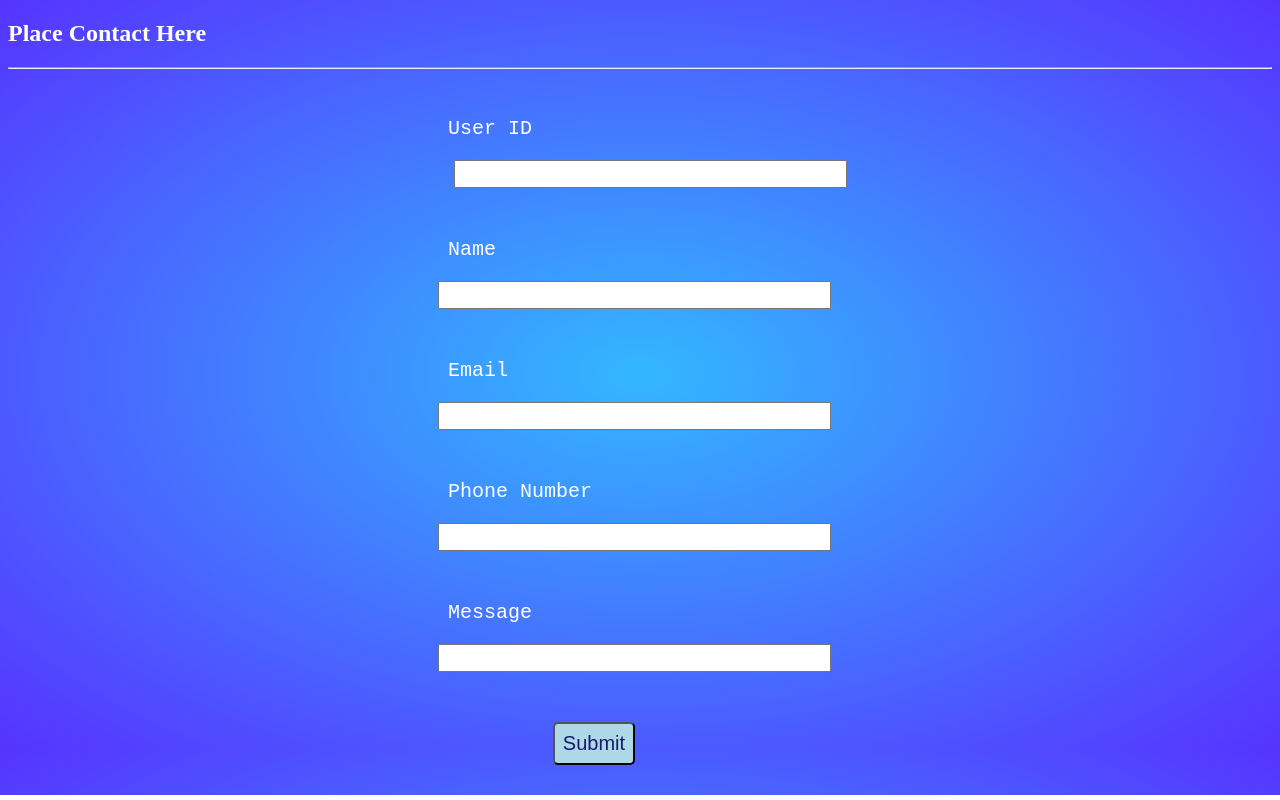
Repository: ShreyasG27/Amdocs-Training
Page: http://localhost/elearning-frontend/contact.jsp
The author's editor kept a copy of each file at every save. The page is drawn from the files as they stood at one save, then again after a run of saves.
The browser window is 1280 px wide. The pictures show the whole page.
The page is served by Tomcat 9. Nobody is signed in. The application's start-up code is not run. Other server files are loaded and not shown.

Above is the page before, as saved 2021-08-22 15:55:19.

### elearning-frontend/WebContent/contact.jsp
<%@ page language="java" contentType="text/html; charset=ISO-8859-1"
    pageEncoding="ISO-8859-1"%>
<!DOCTYPE html PUBLIC "-//W3C//DTD HTML 4.01 Transitional//EN" "http://www.w3.org/TR/html4/loose.dtd">
<html>
<head>
<meta http-equiv="Content-Type" content="text/html; charset=ISO-8859-1">
<title>Contact Page</title>
<style>
body{
	background-image: radial-gradient(#33B7FF,#5633ff);
	color: white;
	height: 100vh;
}
.heading{
font-size:40px;
margin-top: 50px;
}
.submitbutton{
	margin-left:420px;
	padding:8px;
	font-size:20px;
	color: midnightblue;
	background-color:lightblue;
	border-radius:5px;
	margin-top: 20px;
}
.submitbutton:hover{
	margin-left:420px;
	padding:8px;
	font-size:20px;
	color: midnightblue;
	background-color:cyan;
	border-radius:5px;
	margin-top: 20px;
}
.inputfld{
	margin-left: 430px;
	padding: 5px;
	broder-radius:10px;
	font-size:12px;
	width:30%;
}
.inputfld1{
	margin-left: 438px;
	padding: 5px;
	broder-radius:10px;
	font-size:12px;
	width:30%;
}
.inputfld2{
	margin-left: 438px;
	padding: 5px;
	broder-radius:10px;
	font-size:12px;
	width:30%;
}
.txtfld{
	font-size:20px;
	margin-left:440px;
}
ul {
  list-style-type: none;
  margin: 0;
  padding: 0;
  overflow: hidden;
  background-color: #333;
}

li {
  float: left;
}

li a {
  display: block;
  color: white;
  text-align: center;
  padding: 14px 16px;
  text-decoration: none;
}

li a:hover:not(.active) {
  background-color: #111;
}

.active {
  background-color: #04AA6D;
}
</style>
</head>
<body>
<h2>Place Contact Here</h2>
<hr>
<form action="contact" method="POST">
    <pre>
    <p class="txtfld">User ID</p> <input class="inputfld1" type="number" name="userid"><br>
    <p class="txtfld">Name</p><input class="inputfld" type="text" name="name"><br>
    <p class="txtfld">Email</p><input class="inputfld" type="email" name="email"><br>
    <p class="txtfld">Phone Number</p><input class="inputfld" type="number" name="phone"><br>
    <p class="txtfld">Message</p><input class="inputfld" type="text" name="message"><br>

                <input class="submitbutton" type="submit" value="Submit"><br>
    </pre>
</form>
</body>
</html>

After the next 2 saves:
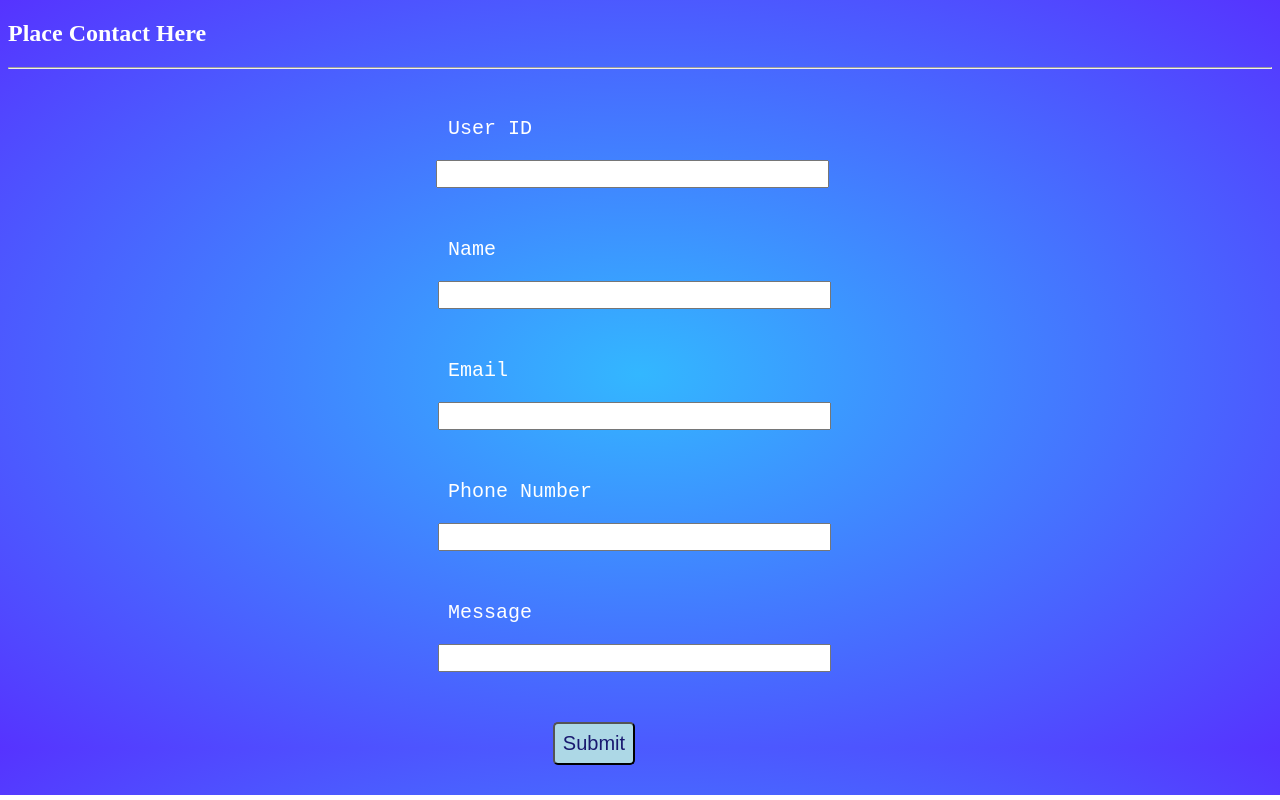
The 2 saves are shown as one change because they came seconds apart.
The last was saved 27 s later.
--- a/elearning-frontend/WebContent/contact.jsp
+++ b/elearning-frontend/WebContent/contact.jsp
@@ -41,7 +41,7 @@ margin-top: 50px;
 	width:30%;
 }
 .inputfld1{
-	margin-left: 438px;
+	margin-left: 420px;
 	padding: 5px;
 	broder-radius:10px;
 	font-size:12px;

After the save that followed:
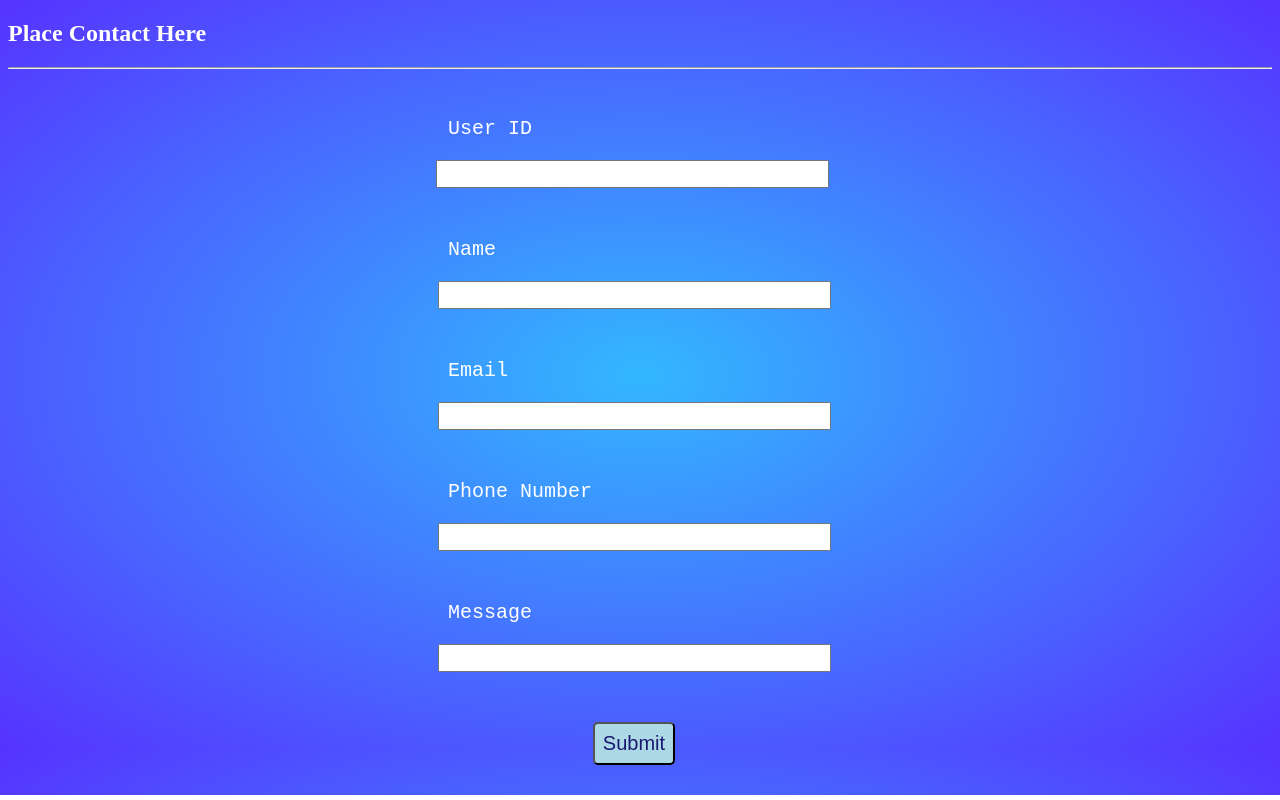
Saved 42 s later.
--- a/elearning-frontend/WebContent/contact.jsp
+++ b/elearning-frontend/WebContent/contact.jsp
@@ -16,7 +16,7 @@ font-size:40px;
 margin-top: 50px;
 }
 .submitbutton{
-	margin-left:420px;
+	margin-left:460px;
 	padding:8px;
 	font-size:20px;
 	color: midnightblue;
@@ -25,7 +25,7 @@ margin-top: 50px;
 	margin-top: 20px;
 }
 .submitbutton:hover{
-	margin-left:420px;
+	margin-left:460px;
 	padding:8px;
 	font-size:20px;
 	color: midnightblue;
